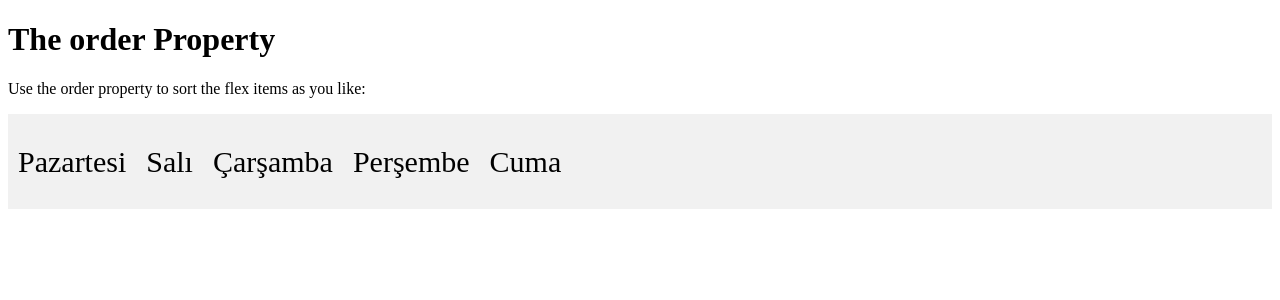
Repository: ahmetbugraozcan/css-ders-programi
Page: deneme2.html
These files come from the project's save history. The page is drawn as it stood at one moment and after the next save; the edit follows.
The browser window is 1280 px wide. The pictures show the whole page.

Above is the page before, as saved 2021-07-10 10:22:29.

After the next save:
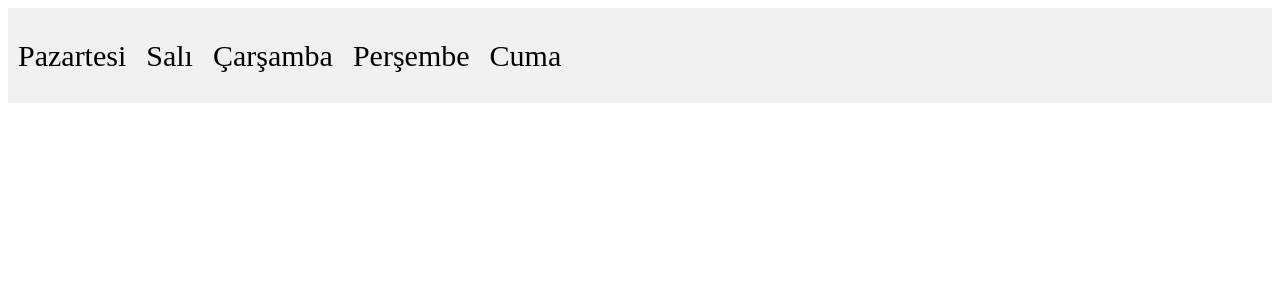
Saved 31 s later.
--- a/deneme2.html
+++ b/deneme2.html
@@ -18,9 +18,6 @@
 </style>
 </head>
 <body>
-<h1>The order Property</h1>
-
-<p>Use the order property to sort the flex items as you like:</p>
 
 <div class="flex-container">
   <div >Pazartesi</div>
